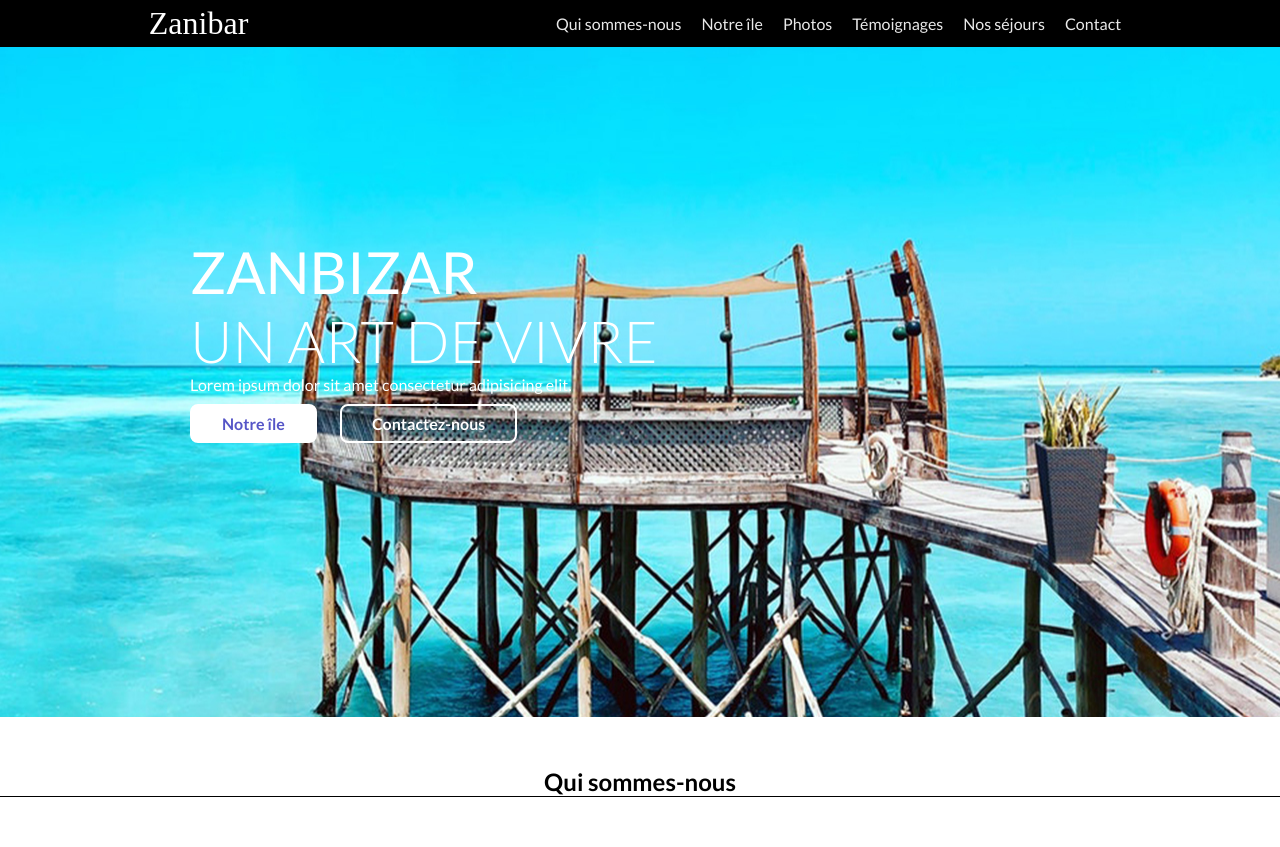
Repository: ypiard85/zanzibar
Page: index.html
An editor plug-in stored every save of this project. The page is shown before and after the next save, followed by the edit.
The browser window is 1280 px wide. The pictures show the whole page.
Some web fonts or font styles are not loaded; a fallback is used.

Above is the page before, as saved 2021-02-23 15:28:27.

After the next save:
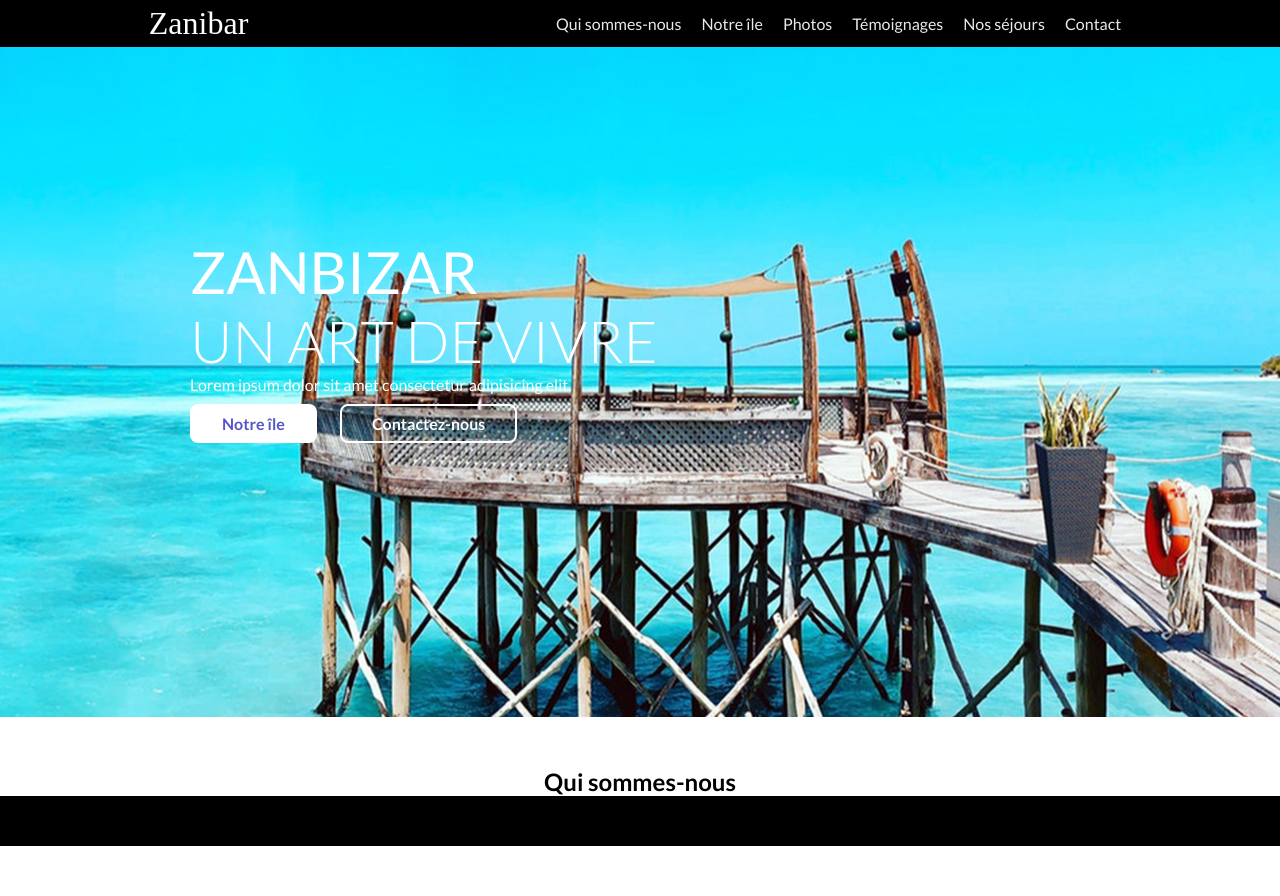
Saved 12 s later.
--- a/style.css
+++ b/style.css
@@ -93,4 +93,5 @@
 .about > .title{
     text-align: center;
     border-bottom: 1px solid black;
+    border-width: 50px;
 }

After the save that followed:
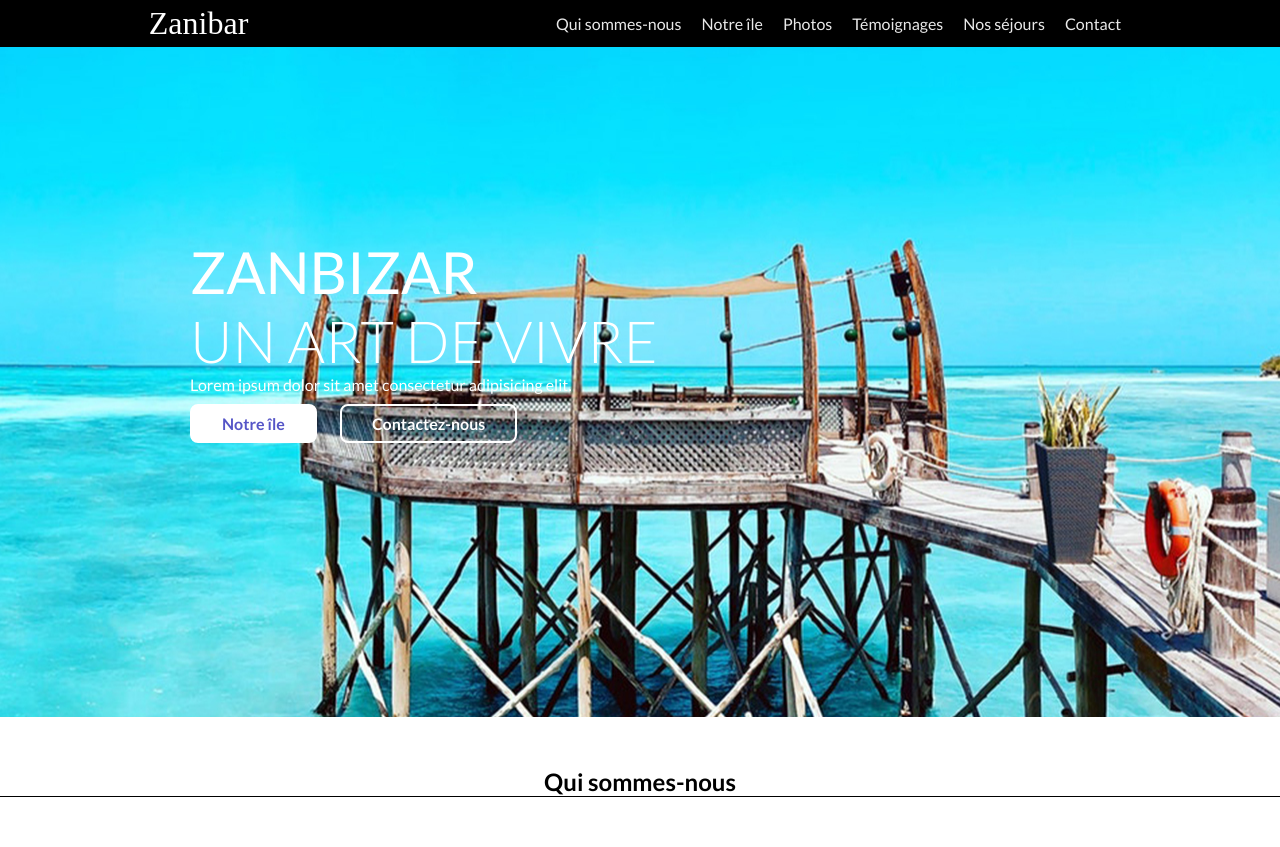
Saved 5 s later.
--- a/style.css
+++ b/style.css
@@ -93,5 +93,5 @@
 .about > .title{
     text-align: center;
     border-bottom: 1px solid black;
-    border-width: 50px;
+
 }
